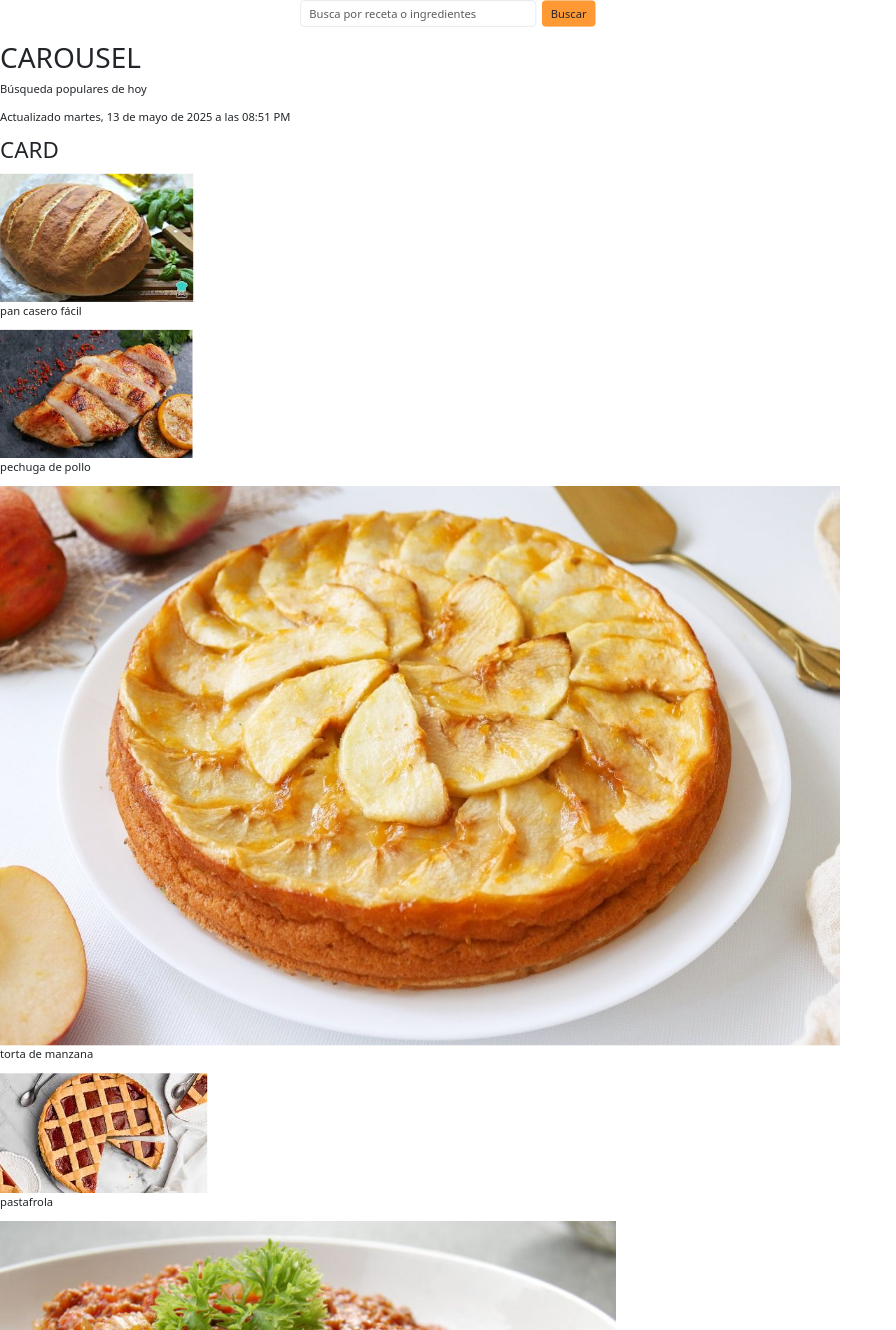
Repository: lucasp3113/coockpad
Page: index.html
An editor plug-in stored every save of this project. The page is shown before and after the next save, followed by the edit.
The browser window is 1280 px wide. The pictures show the part of the page from y = 336 to 2236 px (the page is 3670 px tall), at 70% of full size.
A picture or video elsewhere on the page could not be fetched, so the positions and the page height are approximate.

Above is the page before, as saved 2025-05-15 12:13:40.

### index.html
<!DOCTYPE html>
<html lang="es">
<head>
    <meta charset="UTF-8" />
    <meta name="viewport" content="width=device-width, initial-scale=1.0" />
    <title>cookpad</title>
    <link href="https://cdn.jsdelivr.net/npm/bootstrap@5.3.6/dist/css/bootstrap.min.css" rel="stylesheet" integrity="sha384-4Q6Gf2aSP4eDXB8Miphtr37CMZZQ5oXLH2yaXMJ2w8e2ZtHTl7GptT4jmndRuHDT" crossorigin="anonymous">
    <script src="https://cdn.jsdelivr.net/npm/bootstrap@5.3.6/dist/js/bootstrap.bundle.min.js" integrity="sha384-j1CDi7MgGQ12Z7Qab0qlWQ/Qqz24Gc6BM0thvEMVjHnfYGF0rmFCozFSxQBxwHKO" crossorigin="anonymous"></script>
    <link rel="stylesheet" href="https://cdn.jsdelivr.net/npm/bootstrap-icons@1.11.1/font/bootstrap-icons.css">
    <link rel="stylesheet" href="style.css"/>
</head>
<body>
    <header class="d-flex flex-row d-flex justify-content-center d-flex align-items-center m-3">
        <img src="logo_coockpad.png" alt="" />
        <h1>cookpad</h1>
    </header>
    <nav class="d-flex flex-row d-flex justify-content-center d-flex align-items-center m-3">
        <input type="text" class="form-control m-1 w-27" placeholder="Busca por receta o ingredientes"/>
        <button type="submit" class="btn btn-orange m-1">Buscar</button>
    </nav>
    <main>
        <section>
            <h1>CAROUSEL</h1>
        </section>
        <article>
            <p>Búsqueda populares de hoy</p>
            <p>Actualizado martes, 13 de mayo de 2025 a las 08:51  PM</p>
        </article>
        <section>
            <section>
                <figure>
                    <h2>CARD</h2>
                </figure>
                <figure>
                    <img src="pan.png" alt="" />
                    <p>pan casero fácil</p>
                </figure>
                <figure>
                    <img src="pechuga.png" alt="" />
                    <p>pechuga de pollo</p>
                </figure>
                <figure>
                    <img src="tarta-de-manzana.png" alt="" />
                    <p>torta de manzana</p>
                </figure>
            </div>
            </section>
            <section>
                <figure>
                    <img src="pastaflora.png" alt="" />
                    <p>pastafrola</p>
                </figure>
                <figure>
                    <img src="fideos.jpg" alt="" />
                    <p>fideos caseros</p>
                </figure>
                <figure>
                    <img src="panqueques.jpeg" alt="" />
                    <p>panqueques para canelones</p>
                </figure>
                <figure>
                    <img src="locro.png" alt="" />
                    <p>locro argentino</p>
                </figure>
            </section>
        </section>
    </main>
</body>
</html>

### style.css
.btn-orange{
    background-color: rgb(255, 153, 51);

}

.w-27{
    width: 27%;
}

After the next save:
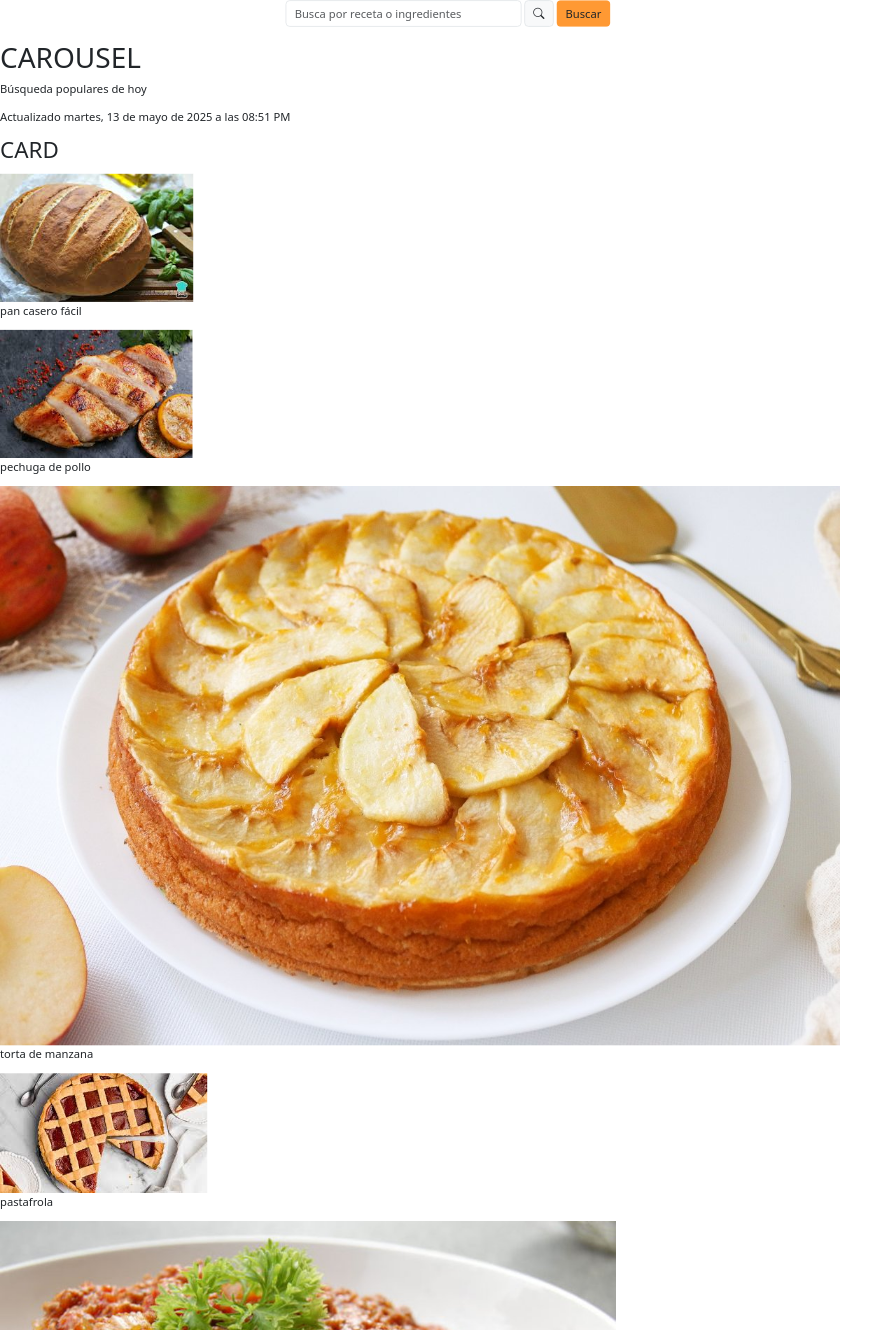
Saved 26 s later.
--- a/index.html
+++ b/index.html
@@ -16,6 +16,9 @@
     </header>
     <nav class="d-flex flex-row d-flex justify-content-center d-flex align-items-center m-3">
         <input type="text" class="form-control m-1 w-27" placeholder="Busca por receta o ingredientes"/>
+        <span class="input-group-text">
+            <i class="bi bi-search"></i>
+        </span>
         <button type="submit" class="btn btn-orange m-1">Buscar</button>
     </nav>
     <main>
